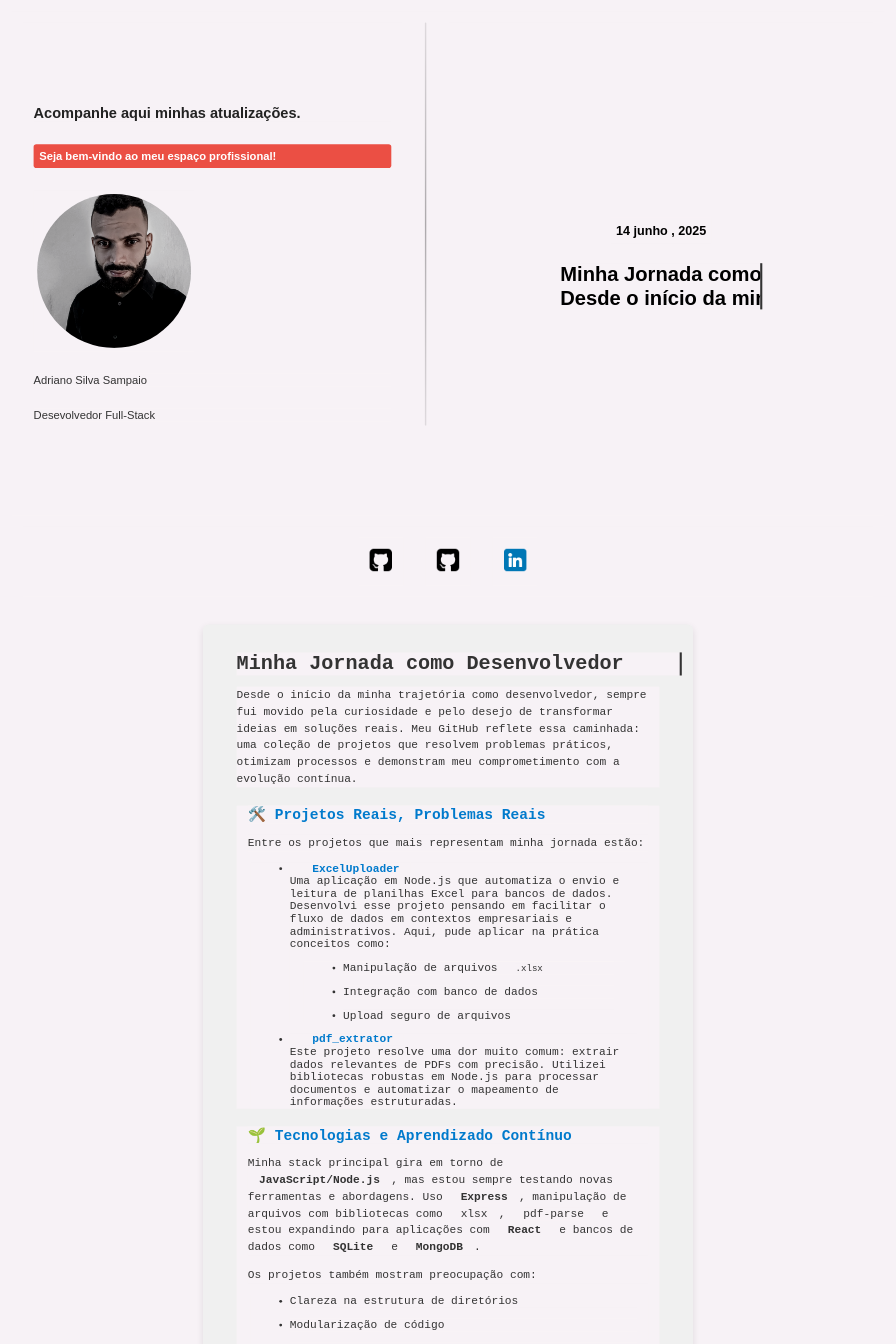
Repository: umdevadriano/portifolio2025
Page: /
These files come from the project's save history. The page is drawn as it stood at one moment and after the next save; the edit follows.
The browser window is 1280 px wide. The pictures show the part of the page from y = 0 to 1920 px (the page is 2803 px tall), at 70% of full size.
The project was rebuilt for these pictures with package versions that can differ from the ones it lists, and the page was loaded fresh each time. Also part of the build but not shown: vite.config.ts.

Above is the page before, as saved 2025-06-22 20:33:55.

### index.html
<!doctype html>
<html lang="en">
  <head>
    <meta charset="UTF-8" />
    <!-- <link rel="icon" type="image/svg+xml" href="/vite.svg" /> -->
    <meta name="viewport" content="width=device-width, initial-scale=1.0" />
    <title>Adriano Silva Sampaio </title>
  </head>
  <body>
    <div id="root"></div>
    <script type="module" src="/src/main.tsx"></script>
  </body>
</html>

### src/App.tsx
import './App.css'
import ContainerPrincipal from './componentes/containerPrincipal/ContainerPrincipal'
function App() {
  return (
    <>
      <ContainerPrincipal/>
    </>
  )
}

export default App

### src/componentes/containerPrincipal/ContainerPrincipal.tsx
import styled, { createGlobalStyle } from 'styled-components';
import Body from '../Body/Body';
import Footer from '../Footer/Footer';
import RedesSociais from '../redesSociais/redesSociais';
import github from '../redesSociais/github.png';
import linkedin from '../redesSociais/linkedin.png';
import ProfessionalStory from '../ProfessionalStory/ProfessionalStory';

const data = new Date();
const ano = data.getFullYear();
function ContainerPrincipal() {

  const redes = [
    { src: github, link: 'https://github.com/adrianodisam' },
    { src: github, link: 'https://github.com/umdevadriano' },
    { src: linkedin, link: 'https://www.linkedin.com/in/adriano-silva-sampaio/' }
  ];
  const GlobalStyle = createGlobalStyle`
    *, *::before, *::after {
    box-sizing: border-box;
    background-color: #f7f2f6;
    margin: 1rem;
  }

    html, body {
      margin: 0;
      padding: 0;
      overflow-x: hidden;
      width: 100%;
    }
  `;

  const Principal = styled.div`
    display: flex;
    justify-content: center;
    width: 100%;
    height: 100vh;
    font-family: 'Arial', sans-serif;
    overflow: hidden;
    margin: 0;
    padding: 0;

    @media (max-width: 768px) {
      display: flex;
      flex-direction: column;
      justify-items: center;
      justify-content: center;
      align-items: center;
    }


  `;
  return (
    <>
      <GlobalStyle />
      <Principal>
        <Body/>
      </Principal>
      <RedesSociais redes={redes}/>
      <ProfessionalStory/>
      <Footer>Desenvolvimento de Software<br />© {ano} Adriano Silva Sampaio</Footer>
    </>
  )
}
export default ContainerPrincipal

### src/componentes/Body/Body.tsx
import Principal from '../Principal/Principal';
import Title from '../Title/Title';
import Banner from '../Banner/Banner';
import ProfileWrapper from '../ProfileWrapper/ProfileWrapper';
import Profile from '../Profile/Profile';
import Role from '../Role/Role';
import Divider from '../Divider/Divider';
import RightSide from '../RightSide/RightSide';
import DateComponente from '../DateComponente/DateComponente';
import EmDesenvolvimento from '../EmDesenvolvimentoWrapper/EmDesenvolvimentoWrapper ';
const data = new Date();
const dia = String(data.getDate()).padStart(2, '0');
const mes = data.toLocaleString('pt-BR', { month: 'long' });
const ano = data.getFullYear();

function Cabecalho() {
  return (
    <>
      <Principal>
        <Title>Acompanhe aqui minhas atualizações.</Title>
        <Banner>Seja bem-vindo ao meu espaço profissional!</Banner>
        <ProfileWrapper>
          <Profile/>
        </ProfileWrapper>
        <Role> Adriano Silva Sampaio</Role>
        <Role> Desevolvedor  Full-Stack </Role>
      </Principal>
      <Divider />
      <RightSide>
        <DateComponente>{dia}  {mes} , {ano} </DateComponente>
        <EmDesenvolvimento/>
      </RightSide>
    </>
  )
}
export default Cabecalho

### src/componentes/Footer/Footer.tsx
import styled from 'styled-components';

type Props = {
  children: React.ReactNode;
};

function Footer({ children }: Props){

    const FooterP = styled.p`
        font-size: 1rem;
        color: #999;
        /* margin-top: auto; */
    `;
    const FooterDiv = styled.div`
       display: flex;
       justify-content: left;
       align-items: center;
    `;
    return (
        <>
            <FooterDiv>
                <FooterP>{children}</FooterP>
            </FooterDiv>
        </>
    )
}

export default Footer

### src/componentes/redesSociais/redesSociais.tsx
import styled from 'styled-components';

type RedeSocial = {
  src: string;
  link: string;
};

type Props = {
  redes: RedeSocial[];
};

const RedesSociaisDiv = styled.div`
  flex: 1;
  display: flex;
  justify-content: center;
  align-items: center;

  img {
    width: 2rem;
    height: 2rem;
    object-fit: contain;
    transition: transform 0.2s;
  }

  a:hover img {
    transform: scale(1.1);
  }
`;

function RedesSociais({ redes }: Props) {
  return (
    <RedesSociaisDiv>
      {redes.map((rede, index) => (
        <a
          key={index}
          href={rede.link}
          target="_blank"
          rel="noopener noreferrer"
        >
          <img src={rede.src} alt={`Ícone ${index + 1}`} />
        </a>
      ))}
    </RedesSociaisDiv>
  );
}

export default RedesSociais;

### src/componentes/ProfessionalStory/ProfessionalStory.tsx

import styled, { keyframes } from 'styled-components';

const typewriter = keyframes`
  from {
    width: 0;
  }
  to {
    width: 100%;
  }
`;

const blink = keyframes`
  50% {
    border-color: transparent;
  }
`;

const Container = styled.section`
  font-family: 'Courier New', Courier, monospace;
  color: #333;
  background: #f0f0f0;
  padding: 24px 32px;
  max-width: 700px;
  margin: 40px auto;
  border-radius: 8px;
  box-shadow: 0 4px 10px rgba(0,0,0,0.1);
`;

const Title = styled.h1`
  font-size: 1.8rem;
  margin-bottom: 1rem;
  border-right: 3px solid #333;
  white-space: nowrap;
  overflow: hidden;
  width: 18ch;
  animation: ${typewriter} 2.5s steps(18) 1 forwards,
             ${blink} 0.75s step-end infinite;
`;

const Section = styled.div`
  margin-top: 1.6rem;
`;

const SectionTitle = styled.h2`
  font-size: 1.3rem;
  margin-bottom: 0.6rem;
  color: #007acc;
`;

const Paragraph = styled.p`
  font-size: 1rem;
  line-height: 1.5;
  margin-bottom: 1rem;
`;

const List = styled.ul`
  margin-left: 20px;
  margin-bottom: 1rem;
  list-style-type: disc;
`;

const Link = styled.a`
  color: #007acc;
  text-decoration: none;
  font-weight: 600;

  &:hover {
    text-decoration: underline;
  }
`;

export default function ProfessionalStory() {
  return (
    <Container>
      <Title>Minha Jornada como Desenvolvedor</Title>

      <Paragraph>
        Desde o início da minha trajetória como desenvolvedor, sempre fui movido pela curiosidade e pelo desejo de transformar ideias em soluções reais. Meu GitHub reflete essa caminhada: uma coleção de projetos que resolvem problemas práticos, otimizam processos e demonstram meu comprometimento com a evolução contínua.
      </Paragraph>

      <Section>
        <SectionTitle>🛠️ Projetos Reais, Problemas Reais</SectionTitle>
        <Paragraph>Entre os projetos que mais representam minha jornada estão:</Paragraph>

        <List>
          <li>
            <strong>
              <Link href="https://github.com/umdevadriano/ExcelUploader" target="_blank" rel="noopener noreferrer">
                ExcelUploader
              </Link>
            </strong>
            <br />
            Uma aplicação em Node.js que automatiza o envio e leitura de planilhas Excel para bancos de dados. Desenvolvi esse projeto pensando em facilitar o fluxo de dados em contextos empresariais e administrativos. Aqui, pude aplicar na prática conceitos como:
            <List>
              <li>Manipulação de arquivos <code>.xlsx</code></li>
              <li>Integração com banco de dados</li>
              <li>Upload seguro de arquivos</li>
            </List>
          </li>

          <li>
            <strong>
              <Link href="https://github.com/umdevadriano/pdf_extrator" target="_blank" rel="noopener noreferrer">
                pdf_extrator
              </Link>
            </strong>
            <br />
            Este projeto resolve uma dor muito comum: extrair dados relevantes de PDFs com precisão. Utilizei bibliotecas robustas em Node.js para processar documentos e automatizar o mapeamento de informações estruturadas.
          </li>
        </List>
      </Section>

      <Section>
        <SectionTitle>🌱 Tecnologias e Aprendizado Contínuo</SectionTitle>
        <Paragraph>
          Minha stack principal gira em torno de <strong>JavaScript/Node.js</strong>, mas estou sempre testando novas ferramentas e abordagens. Uso <strong>Express</strong>, manipulação de arquivos com bibliotecas como <code>xlsx</code>, <code>pdf-parse</code> e estou expandindo para aplicações com <strong>React</strong> e bancos de dados como <strong>SQLite</strong> e <strong>MongoDB</strong>.
        </Paragraph>
        <Paragraph>Os projetos também mostram preocupação com:</Paragraph>
        <List>
          <li>Clareza na estrutura de diretórios</li>
          <li>Modularização de código</li>
          <li>Reaproveitamento de componentes e funções</li>
        </List>
      </Section>

      <Section>
        <SectionTitle>📈 Padrão de Contribuição</SectionTitle>
        <Paragraph>
          Minha contribuição é pautada na entrega de soluções funcionais e escaláveis. Prefiro projetos que resolvam um problema concreto e que possam ser utilizados no dia a dia. Além disso, sempre que possível, mantenho os repositórios documentados e com instruções claras de uso.
        </Paragraph>
      </Section>

      <Section>
        <SectionTitle>🧩 Favoritos que Me Inspiram</SectionTitle>
        <Paragraph>Além dos meus próprios projetos, mantenho uma seleção de repositórios favoritos com foco em:</Paragraph>
        <List>
          <li>Templates de SaaS</li>
          <li>Boas práticas em React e Node</li>
          <li>Repositórios que ensinam com exemplos práticos</li>
        </List>
        <Paragraph>
          Esses favoritos refletem o que busco constantemente: <strong>evoluir como dev, tanto no back-end quanto no front-end, sem perder o foco na experiência do usuário final.</strong>
        </Paragraph>
      </Section>

      <Section>
        <SectionTitle>🧠 O Que Me Motiva</SectionTitle>
        <Paragraph>
          Gosto de resolver problemas do mundo real. Desde pequenas automações até ferramentas que impactam um processo maior — como controle de gastos em obras — tudo começa com uma ideia e a vontade de fazer melhor. Tenho como meta desenvolver soluções que possam ajudar tanto uma grande construtora quanto alguém construindo sua própria casa.
        </Paragraph>
      </Section>
    </Container>
  );
}

### src/componentes/Principal/Principal.tsx
import styled from 'styled-components';

type Props = {
  children: React.ReactNode;
};

function Principal({ children }: Props){

    const Principal_div = styled.div`
        flex: 1;
        display: flex;
        flex-direction: column;
        justify-content: center;
    `;
    return (
        <>
        <Principal_div>  {children}</Principal_div>
        </>
    )
}

export default Principal

### src/componentes/Title/Title.tsx
import styled from 'styled-components';

type Props = {
  children: React.ReactNode;
};

function Title({ children }: Props){

    const TitleH2 = styled.h2`
        font-size: 1.3rem;
        margin-bottom: 1rem;
        color: #222;

        @media (max-width: 768px) {
          margin-top: 5rem;
        }
  `;
    return (
        <>
        <TitleH2>{children}</TitleH2>
        </>
    )
}

export default Title

### src/componentes/Banner/Banner.tsx
import styled from 'styled-components';

type Props = {
  children: React.ReactNode;
};

function Banner({ children }: Props){

    const BannerDiv = styled.div`
        background-color: #eb4f44;
        color: white;
        padding: 0.5rem;
        font-weight: bold;
        font-size: 16px;
        display: inline-block;
        border-radius: 4px;
    `;
    return (
        <>
        <BannerDiv>{children}</BannerDiv>
        </>
    )
}

export default Banner

### src/componentes/ProfileWrapper/ProfileWrapper.tsx
import styled from 'styled-components';

type Props = {
  children: React.ReactNode;
};

function ProfileWrapper({ children }: Props){

  // Wrapper da imagem com efeito de borda girando
  const ProfileWrapperDiv = styled.div`
    position: relative;
    width: 230px;
    height: 230px;
    display: flex;
    align-items: center;
    margin-top:1rem;
    justify-content: center;
  `;

    return (
        <>
        <ProfileWrapperDiv>{children}</ProfileWrapperDiv>
        </>
    )
}

export default ProfileWrapper

### src/componentes/Profile/Profile.tsx
import styled from 'styled-components';
import foto from '../assets/foto2.png'

function Profile(){

    const ProfileImg = styled.img`
        width: 220px;
        height: 220px;
        border-radius: 50%;
        object-fit: cover;
        background-color: white;
        z-index: 1;
        filter: grayscale(60%) contrast(110%);
        @media (max-width: 768px) {
            width: 200px;
            height: 200px;
        }
        @media (max-width: 480px) {
            width: 200px;
            height: 200px;
        }
    `;
    return (
        <>
        <ProfileImg src={foto} alt="Foto de perfil"></ProfileImg>
        </>
    )
}

export default Profile

### src/componentes/Role/Role.tsx
import styled from 'styled-components';

type Props = {
  children: React.ReactNode;
};

function Role({ children }: Props){
    const RoleP = styled.p`
        font-size: 16px;
        font-weight: 500;
        color: #333;
    `;
    return (
        <>
        <RoleP>{children}</RoleP>
        </>
    )
}
export default Role

### src/componentes/Divider/Divider.tsx
import styled from 'styled-components';

function Divider(){

    const DividerDiv = styled.div`
        width: 2px;
        height: 80%;
        background: linear-gradient(
            to bottom,
            rgba(0, 0, 0, 0.1),
            rgba(0, 0, 0, 0.3),
            rgba(0, 0, 0, 0.1)
        );
        border-radius: 1px;
        position: relative;
        overflow: hidden;
        &::after {
            content: "";
            position: absolute;
            top: 0;
            left: 0;
            width: 100%;
            height: 100%;
            background: linear-gradient(
                to bottom,
                transparent 40%,
                rgba(255, 255, 255, 0.7) 50%,
                transparent 60%
            );
                animation: shine 3.8s linear infinite;
                pointer-events: none;
         }

        @keyframes shine {
            0% {
            transform: translateY(-100%);
            }
            100% {
            transform: translateY(100%);
            }
        }
    `;
    return (
        <>
        <DividerDiv></DividerDiv>
        </>
    )
}

export default Divider

### src/componentes/RightSide/RightSide.tsx
import styled from 'styled-components';
type Props = {
  children: React.ReactNode;
};

function RightSide({ children }: Props){
    const RightSideDiv = styled.div`
        flex: 1;
        padding: 32px;
        display: flex;
        flex-direction: column;
        justify-content: center;
        align-items: center;
    `;

    return (
        <>
        <RightSideDiv>{children}</RightSideDiv>
        </>
    )
}

export default RightSide

### src/componentes/DateComponente/DateComponente.tsx
import styled from 'styled-components';
type Props = {
  children: React.ReactNode;
};
function Date({ children }: Props){
    const DateP = styled.p`
        font-size: 18px;
        font-weight: bold;
        margin-bottom: 12px;
        padding: 0.5rem;
    `;
    return (
        <>
        <DateP>{children}</DateP>
        </>
    )
}
export default Date

### src/componentes/EmDesenvolvimentoWrapper/EmDesenvolvimentoWrapper .tsx
import styled, { keyframes } from 'styled-components';

const typewriter = keyframes`
  from {
    width: 0;
  }
  /* to {
    width: 32ch; // Aqui define o tamanho real
  } */
`;

const blink = keyframes`
  50% {
    border-color: transparent;
  }
`;

const Title = styled.h1`
  font-size: 1.8rem;
  margin-bottom: 1rem;
  border-right: 3px solid #333;
  white-space: nowrap;
  overflow: hidden;
  width: 18ch;
  animation: ${typewriter} 2.5s steps(51) 1 forwards,
             ${blink} 0.75s step-end infinite;
`;

function EmDesenvolvimento() {

  return <Title>Minha Jornada como Desenvolvedor  <br/>Desde o início da minha trajetória como desenvolvedor, sempre fui movido pela curiosidade e pelo desejo de transformar ideias em soluções reais. Meu GitHub reflete essa caminhada: uma coleção de projetos que resolvem problemas práticos, otimizam processos e demonstram meu comprometimento com a evolução contínua.
  </Title>;
}

export default EmDesenvolvimento;

Loaded but not shown: src/main.tsx (common file); src/App.css (no stored copy; drawn as an empty file); src/index.css (no stored copy; drawn as an empty file)

After the next save:
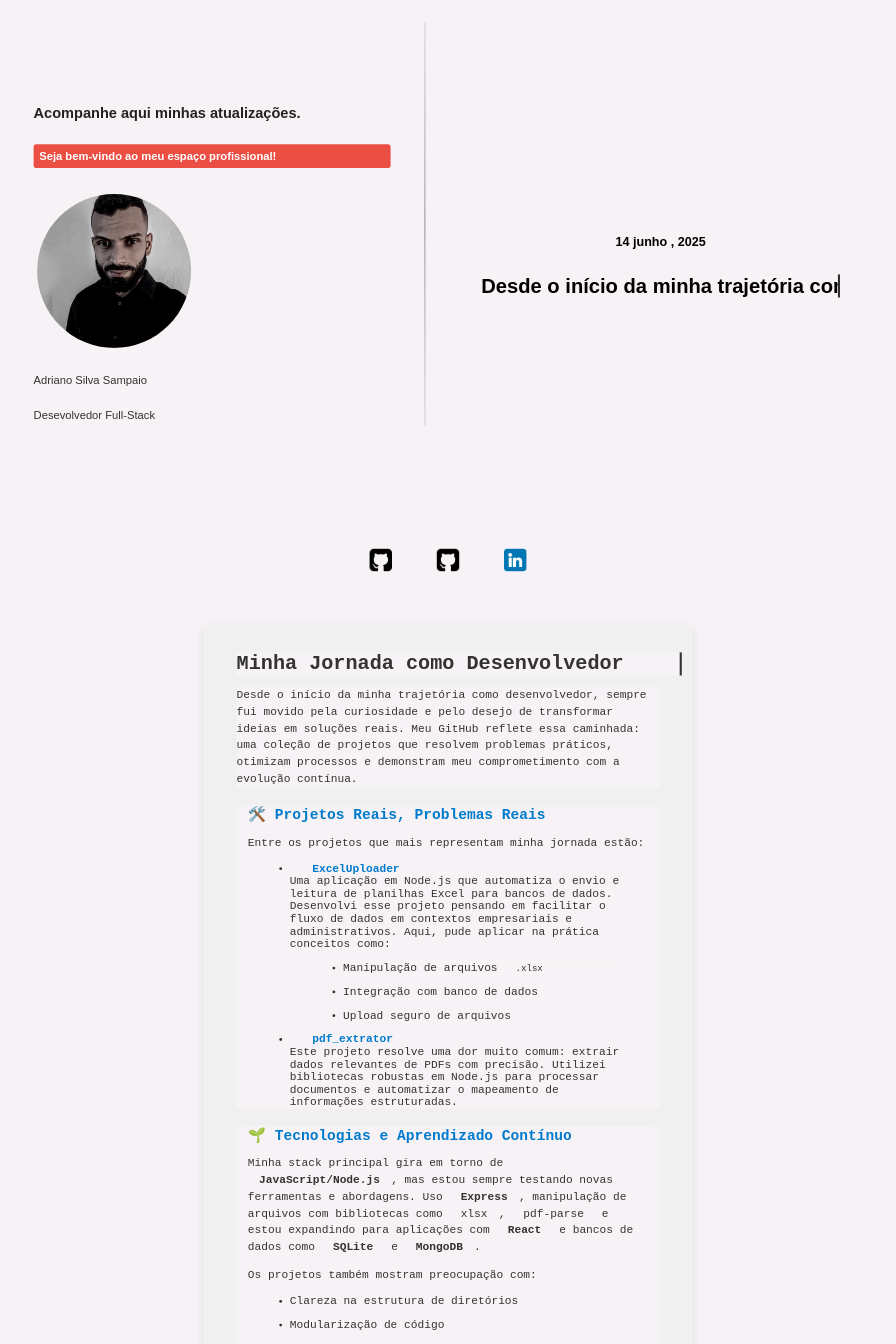
Saved 2 min 50 s later.
--- a/src/componentes/EmDesenvolvimentoWrapper/EmDesenvolvimentoWrapper .tsx
+++ b/src/componentes/EmDesenvolvimentoWrapper/EmDesenvolvimentoWrapper .tsx
@@ -1,12 +1,16 @@
 import styled, { keyframes } from 'styled-components';
+const texto: string = `Desde o início da minha trajetória como desenvolvedor,
+                      sempre fui movido pela curiosidade e pelo desejo de transformar ideias em soluções reais.
+                      Meu GitHub reflete essa caminhada: uma coleção de projetos que resolvem problemas práticos,
+                        otimizam processos e demonstram meu comprometimento com a evolução contínua.`;
 
 const typewriter = keyframes`
   from {
     width: 0;
   }
-  /* to {
+  to {
     width: 32ch; // Aqui define o tamanho real
-  } */
+  }
 `;
 
 const blink = keyframes`
@@ -28,7 +32,8 @@ const Title = styled.h1`
 
 function EmDesenvolvimento() {
 
-  return <Title>Minha Jornada como Desenvolvedor  <br/>Desde o início da minha trajetória como desenvolvedor, sempre fui movido pela curiosidade e pelo desejo de transformar ideias em soluções reais. Meu GitHub reflete essa caminhada: uma coleção de projetos que resolvem problemas práticos, otimizam processos e demonstram meu comprometimento com a evolução contínua.
+  return <Title>
+    {texto}
   </Title>;
 }
 
